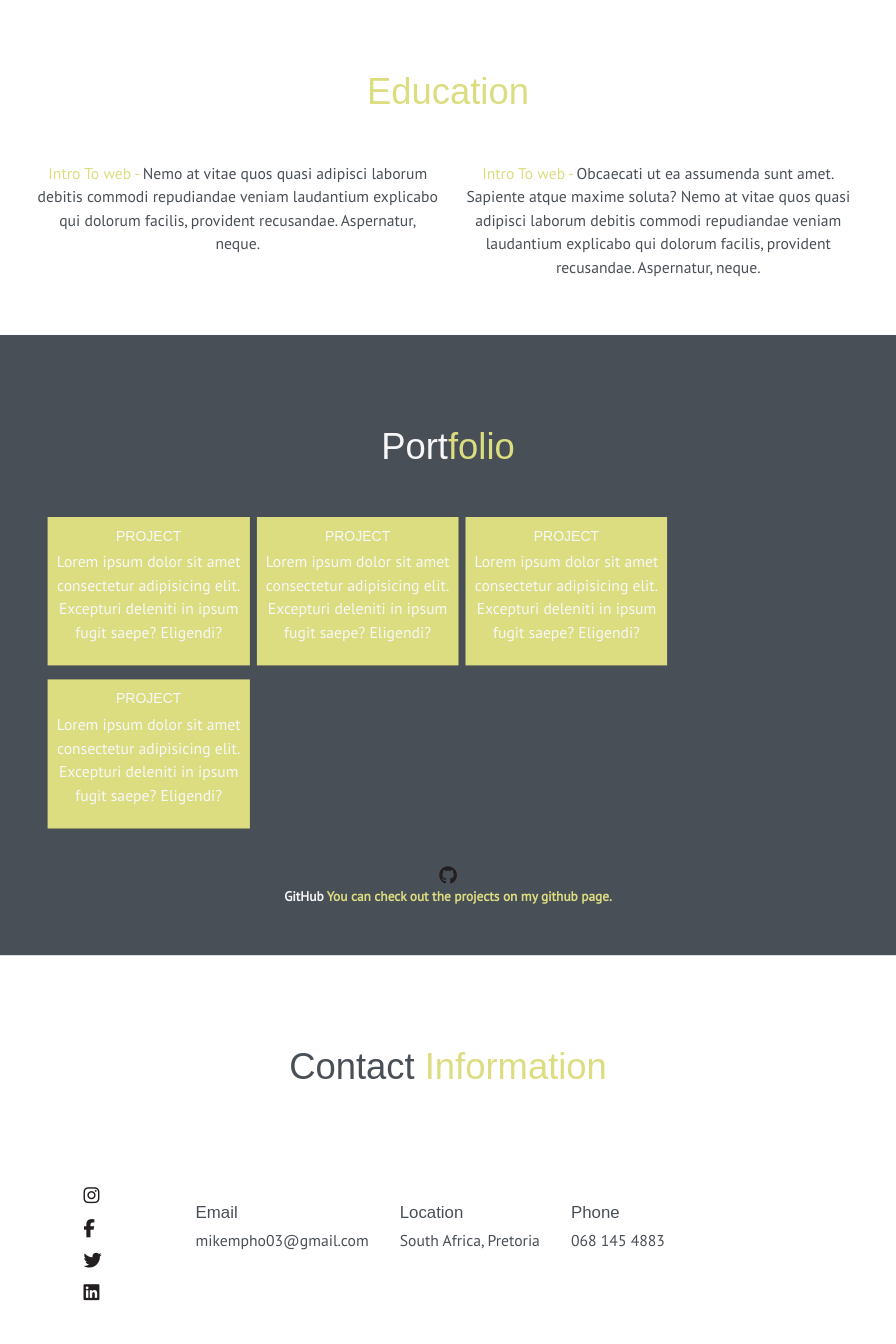
Repository: mikempho/resume10-Final
Page: resume10.html
The author's editor kept a copy of each file at every save. The page is drawn from the files as they stood at one save, then again after the next save.
The browser window is 1280 px wide. The pictures show the part of the page from y = 1712 to 3632 px (the page is 3742 px tall), at 70% of full size.
Some web fonts or font styles are not loaded; a fallback is used. Some web libraries are served in a nearby version.

Above is the page before, as saved 2022-05-19 17:53:41.

After the next save:
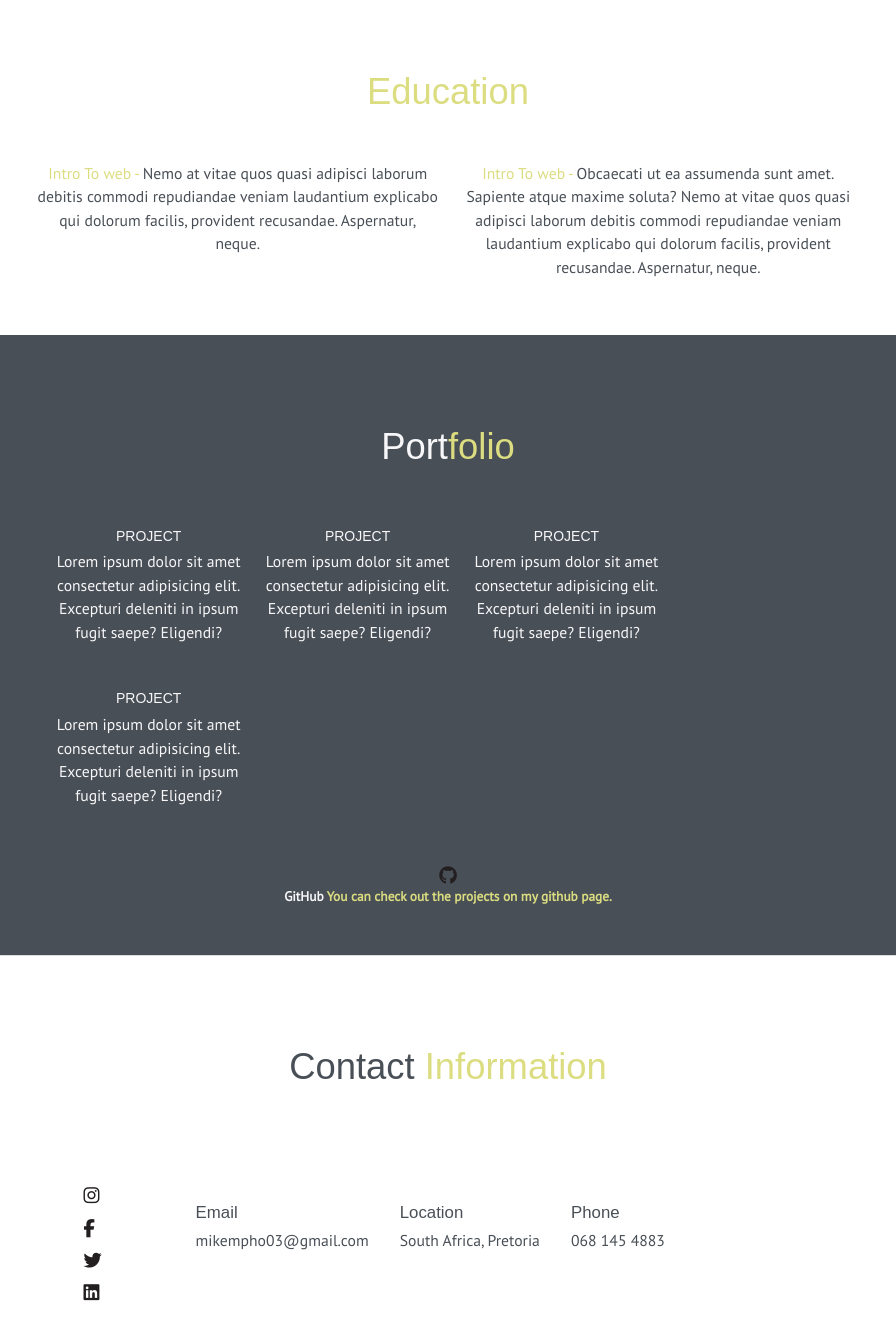
Saved 6 min 13 s later.
--- a/css/style.css
+++ b/css/style.css
@@ -97,7 +97,7 @@
 .project-box {
     margin:10px 5px;
     padding: 15px 10px;
-    background-color: #DBDD80;
+    background-image: url();
 }
 
 .project-box h1 {

After the 4 saves that followed:
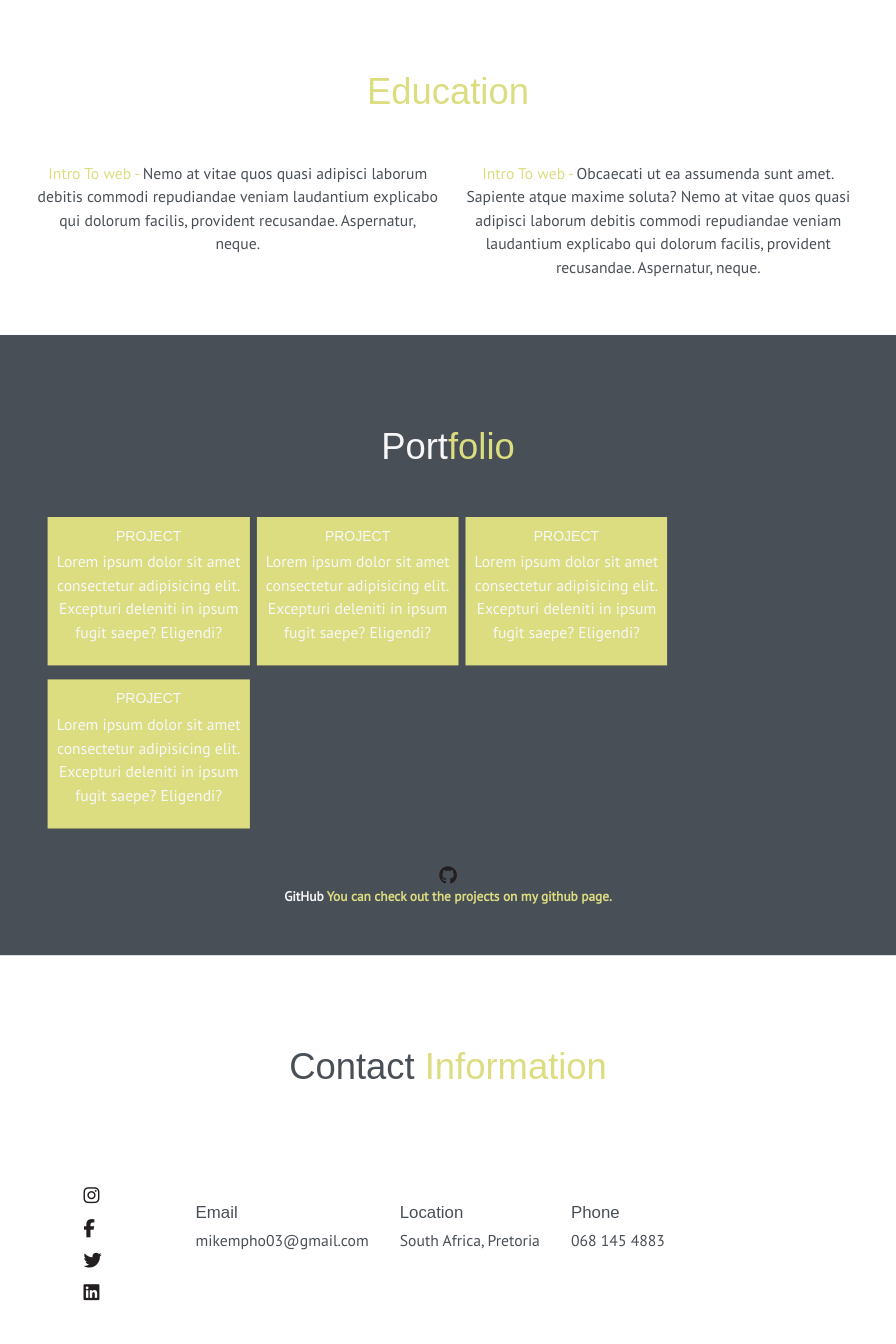
The 4 saves are shown as one change because 3 left the picture as it was.
The last was saved 2 min 13 s later.
--- a/resume10.html
+++ b/resume10.html
@@ -111,7 +111,7 @@
         <!-- about me section -->
         <section id="about-me-section">
             <div class="container-fluid">
-                <div class="row ">
+                <div class="row">
                     <div class="col-md-6">
                         <!-- Responsive-->
                         <picture>
--- a/css/style.css
+++ b/css/style.css
@@ -97,7 +97,7 @@
 .project-box {
     margin:10px 5px;
     padding: 15px 10px;
-    background-image: url();
+    background-color: #DBDD80;
 }
 
 .project-box h1 {
